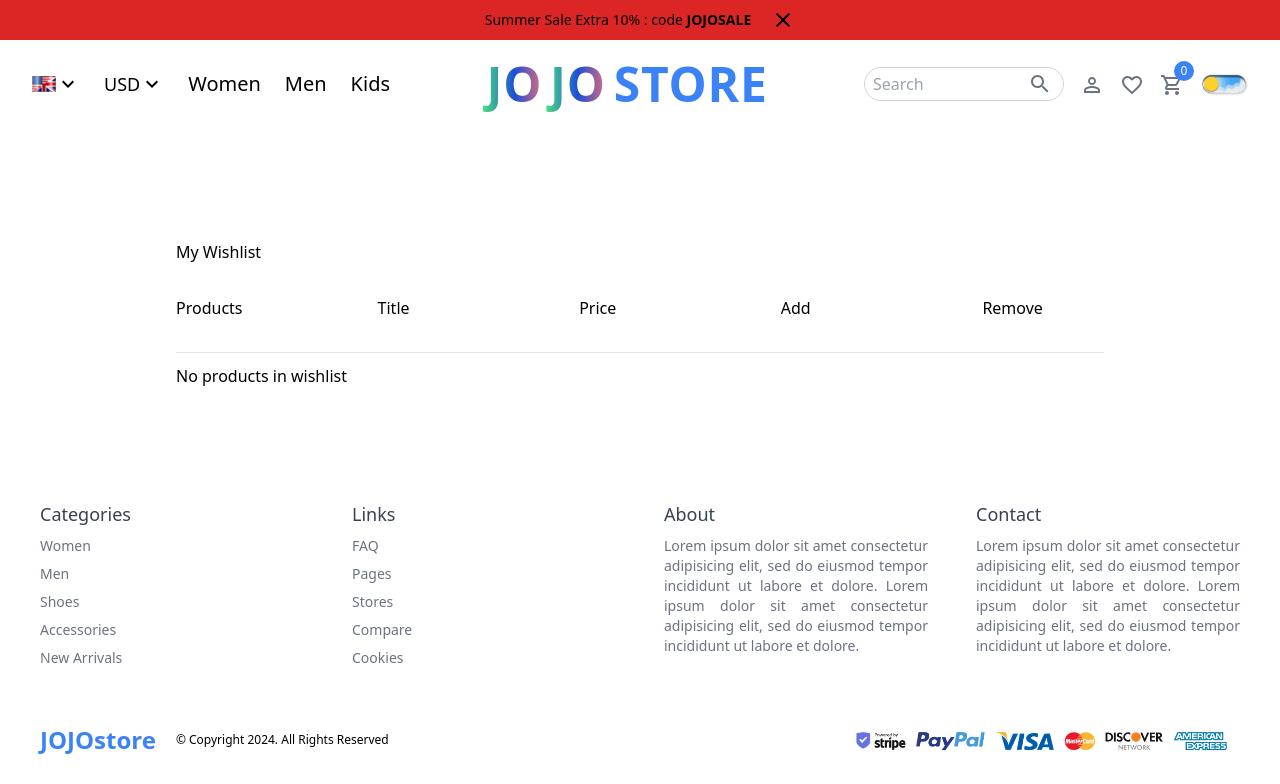
Repository: AiTrinh303/JOJO-STORE
Page: /wishlists
These files come from the project's save history. The page is drawn as it stood at one moment and after the next save; the edit follows.
The browser window is 1280 px wide. The pictures show the whole page.
The project was rebuilt for these pictures with package versions that can differ from the ones it lists, and the page was loaded fresh each time. Also part of the build but not shown: vite.config.js, src/components/Cart.jsx, src/components/Form.jsx, src/components/Slider/Slide1.jsx, src/components/Slider/Slide2.jsx, src/components/Slider/Slide3.jsx, src/components/Slider/Slider.scss, src/components/Slider/Slider.jsx and 23 more.

Above is the page before, as saved 2024-06-14 09:51:09.

### index.html
<!doctype html>
<html lang="en">
  <head>
    <meta charset="UTF-8" />
    <link rel="icon" type="image/svg+xml" href="/vite.svg" />
    <meta name="viewport" content="width=device-width, initial-scale=1.0" />
    <title>JOJO-STORE</title>
  </head>
  <body>
    <div id="root"></div>
    <script type="module" src="/src/main.jsx"></script>
  </body>
</html>

### src/main.jsx
import React from 'react'
import ReactDOM from 'react-dom/client'
import App from './App'
import './index.css'



ReactDOM.createRoot(document.getElementById('root')).render(
  <React.StrictMode>
      <App />
  </React.StrictMode>,
)

### src/App.jsx
import { useEffect } from "react";
import { createBrowserRouter, RouterProvider, Outlet } from "react-router-dom";

// Context
import ShopContextProvider from "./Context/ShopContext";
import {AuthProvider} from "./Context/AuthContext";

// Pages
import Footer from "./components/Footer";
import Header from "./components/Header/Header";
import Home from "./pages/Home";
import ShopCategory from "./pages/ShopCategory";
import Product from "./pages/Product";
import Wishlists from "./pages/Wishlists";
import Login from "./pages/Login";
import Register from "./pages/Register";
import Profile from "./pages/Profile";
import CartPage from "./pages/CartPage/CartPage";
import FilteredProductList from "./pages/FilteredProductList";
import BackToTopButton from "./components/BackToTopButton";
import SpinWheelGame from "./components/SpinWheelGame";

// Styles
import AOS from 'aos';
import 'aos/dist/aos.css';
import women_banner from './assets/banner_women.png';
import men_banner from './assets/banner_men.png';
import kids_banner from './assets/banner_kids.png';


//LAYOUT
const Layout = () => {
  return (
    <div className="app">
      <Header />
      <Outlet />
      <Footer />
      <BackToTopButton />
    </div>
  );
};

//ROUTER
const router = createBrowserRouter([
  {
    path: "/",
    element: <Layout />,
    children: [
      { path: "/", element: <Home /> },
      { path: "/women", element: <ShopCategory banner={women_banner} category="women" /> },
      { path: "/men", element: <ShopCategory banner={men_banner} category="men" /> },
      { path: "/kids", element: <ShopCategory banner={kids_banner} category="kids" /> },
      { path: "/product/:productId", element: <Product /> },
      { path: "/filtered-products", element: <FilteredProductList /> },
      { path: "/cartpage", element: <CartPage /> },
      { path: "/wishlists", element: <Wishlists /> },
      { path: "/login", element: <Login /> },
      { path: "/register", element: <Register />},
      { path: "/profile", element: <Profile />},
    ],
  },
  { path: "/spinwheelgame", element: <SpinWheelGame/>},
]);

function App() {
  useEffect(() => {
    AOS.init({
      offset: 200,
      duration: 1000,
      delay: 150,
    });
    AOS.refresh();
  }, []);

  return (

      <ShopContextProvider>
          <AuthProvider>
             <RouterProvider router={router} />
          </AuthProvider>
      </ShopContextProvider>
  );

}

export default App;

### src/index.css
@tailwind base;
@tailwind components;
@tailwind utilities;


.dark {
    background-color: black;
    color: #ffffff;

  }

.light {
    background-color: #ffffff;
    color: #000000;
  }

### src/Context/ShopContext.jsx
import { createContext, useReducer } from "react";
import all_product from '../assets/all_product';
import { shopReducer, initialState } from "./Reducer/shopReducer";

export const ShopContext = createContext(null);


const ShopContextProvider = (props) => {
    const [state, dispatch] = useReducer(shopReducer, initialState);

    const addToCart = (itemId, quantity = 1) => {
        dispatch({ type: "ADD_TO_CART", payload: { itemId, quantity } });
    };

    const removeFromCart = (itemId) => {
        dispatch({ type: "REMOVE_FROM_CART", payload: { itemId } });
    };

    const resetCart = () => {
        dispatch({ type: "RESET_CART" });
    };

    const addToWishlist = (itemId) => {
        dispatch({ type: "ADD_TO_WISHLIST", payload: { itemId } });
    };

    const removeFromWishlist = (itemId) => {
        dispatch({ type: "REMOVE_FROM_WISHLIST", payload: itemId });
    };

    const getTotalCartAmount = () => {
        let totalAmount = 0;
        for (const item in state.cartItems) {
            if (state.cartItems[item] > 0) {
                let itemInfo = all_product.find((product) => product.id === Number(item));
                if (itemInfo) {
                    totalAmount += itemInfo.new_price * state.cartItems[item];
                }
            }
        }
        return totalAmount;
    };

    const getTotalCartItems = () => {
        let totalItems = 0;
        for (const item in state.cartItems) {
            if (state.cartItems[item] > 0) {
                totalItems += state.cartItems[item];
            }
        }
        return totalItems;
    };

    const contextValue = {
        all_product,
        cartItems: state.cartItems,
        wishlist: state.wishlist,
        addToCart,
        removeFromCart,
        resetCart,
        getTotalCartAmount,
        getTotalCartItems,
        addToWishlist,
        removeFromWishlist
    };

    return (
        <ShopContext.Provider value={contextValue}>
            {props.children}
        </ShopContext.Provider>
    );
};

export default ShopContextProvider;

### src/Context/AuthContext.jsx
// //Create Authentication Logic - The AuthProvider component will be updated with login and logout functions. This function will be passed down through the AuthContext.Provider and it will be accessible globally.

// import { useContext, createContext, useState } from "react";
// import { useNavigate } from "react-router-dom";

// const AuthContext = createContext();

// const AuthProvider = ({ children }) => {
//   const [user, setUser] = useState(null);
//   const [token, setToken] = useState(localStorage.getItem("site") || "");
//   const navigate = useNavigate();
//   const loginAction = async (data) => {
//     try {
//       const response = await fetch("your-api-endpoint/auth/login", {
//         method: "POST",
//         headers: {
//           "Content-Type": "application/json",
//         },
//         body: JSON.stringify(data),
//       });
//       const res = await response.json();
//       if (res.data) {
//         setUser(res.data.user);
//         setToken(res.token);
//         localStorage.setItem("site", res.token);
//         navigate("/dashboard");
//         return;
//       }
//       throw new Error(res.message);
//     } catch (err) {
//       console.error(err);
//     }
//   };

//   const logOut = () => {
//     setUser(null);
//     setToken("");
//     localStorage.removeItem("site");
//     navigate("/login");
//   };

//   return (
//     <AuthContext.Provider value={{ token, user, loginAction, logOut }}>
//       {children}
//     </AuthContext.Provider>
//   );

// };

// export default AuthProvider;

// export const useAuth = () => {
//   return useContext(AuthContext);
// };


import { createContext, useState } from "react";

export const AuthContext = createContext();

export const AuthProvider = ({ children }) => {
  const [user, setUser] = useState(null);

  const login = (userData) => {
    setUser(userData);
  };

  const logout = () => {
    setUser(null);
  };

  return (
    <AuthContext.Provider value={{ user, setUser, login, logout }}>
      {children}
    </AuthContext.Provider>
  );
};

### src/components/Footer.jsx
import React from "react";

const Footer = () => {
  return (
    <div className="footer mx-10 my-5">
      <div className="top flex gap-12">
        <div className="item flex-1 flex flex-col gap-2 text-justify text-sm">
          <h1 className="text-lg font-medium text-gray-700">Categories</h1>
          <span className="text-gray-500">Women</span>
          <span className="text-gray-500">Men</span>
          <span className="text-gray-500">Shoes</span>
          <span className="text-gray-500">Accessories</span>
          <span className="text-gray-500">New Arrivals</span>
        </div>
        <div className="item flex-1 flex flex-col gap-2 text-justify text-sm">
          <h1 className="text-lg font-medium text-gray-700">Links</h1>
          <span className="text-gray-500">FAQ</span>
          <span className="text-gray-500">Pages</span>
          <span className="text-gray-500">Stores</span>
          <span className="text-gray-500">Compare</span>
          <span className="text-gray-500">Cookies</span>
        </div>
        <div className="item flex-1 flex flex-col gap-2 text-justify text-sm">
          <h1 className="text-lg font-medium text-gray-700">About</h1>
          <span className="text-gray-500">
            Lorem ipsum dolor sit amet consectetur adipisicing elit, sed do
            eiusmod tempor incididunt ut labore et dolore. Lorem ipsum dolor sit
            amet consectetur adipisicing elit, sed do eiusmod tempor incididunt
            ut labore et dolore.
          </span>
        </div>
        <div className="item flex-1 flex flex-col gap-2 text-justify text-sm">
          <h1 className="text-lg font-medium text-gray-700">Contact</h1>
          <span className="text-gray-500">
            Lorem ipsum dolor sit amet consectetur adipisicing elit, sed do
            eiusmod tempor incididunt ut labore et dolore. Lorem ipsum dolor sit
            amet consectetur adipisicing elit, sed do eiusmod tempor incididunt
            ut labore et dolore.
          </span>
        </div>
      </div>
      <div className="bottom flex items-center justify-between mt-12">
        <div className="left flex items-center">
          <span className="logo text-blue-500 font-bold text-2xl">JOJOstore</span>
          <span className="copyright ml-5 text-xs text-black-500">
            © Copyright 2024. All Rights Reserved
          </span>
        </div>
        <div className="right">
          <img src="src/assets/payment.png" alt="payment" className="h-12" />
        </div>
      </div>
    </div>
  );
};

export default Footer;

### src/components/Header/Header.jsx

import NavbarExtra from './NavbarExtra'
import Navbar from './Navbar'

const Header = () => {
  return (
    <div>
      <NavbarExtra />
      <Navbar />
    </div>
  )
}

export default Header

### src/pages/Wishlists.jsx
// Wishlist.jsx
import { useContext } from "react";
import { ShopContext } from "../Context/ShopContext";
import ClearIcon from '@mui/icons-material/Clear';

const Wishlists = () => {
  const { wishlist, removeFromWishlist, addToCart } = useContext(ShopContext);

  return (
    <div className="mx-44 my-28">
      <h1>My Wishlist</h1>
      <div className="flex justify-start my-8 font-medium gap-20">
                <p className="flex-1">Products</p>
                <p className="flex-1">Title</p>
                <p className="flex-1">Price</p>
                <p className="flex-1">Add</p>
                <p className="flex-1">Remove</p>
      </div>

      <hr className="h-1"/>

      {wishlist.length === 0 ? (
        <p className="my-2">No products in wishlist</p>
      ) : (
        console.log(wishlist),
        wishlist.map((product) => (
          <div className="flex flex justify-start" key={product.id}>

              <div className="flex justify-start text-lg gap-5">
                <img className="h-16 mr-64 object-cover w-16 overflow-hidden" src={product.image} alt={product.title}/>
                <p className="mr-64">{product.title}</p>
                <p>${product.new_price.toFixed(2)}</p>
                <div className='flex-1' onClick={() => removeFromWishlist(product.id)}>
                    <ClearIcon />
                </div>
                <div className="flex-1" onClick = {()=> addToCart(product.id)}>Add</div>
              </div>

          </div>
        ))
      )}
    </div>
  );
};

export default Wishlists;

### src/Context/Reducer/shopReducer.jsx

// import all_product from "../../assets/all_product";

// const getDefaultValue = () => {
//     let cart = {};
//     for (let index = 0; index < all_product.length; index++) {
//         cart[index] = 0;
//     }
//     return cart;
// };

// export const initialState = {
//     cartItems: getDefaultValue(),
//     wishlist: []
// };

// export const shopReducer = (state, action) => {
//     switch (action.type) {
//         case "ADD_TO_CART":
//             return {
//                 ...state,
//                 cartItems: {
//                     ...state.cartItems,
//                     [action.payload.itemId]: (state.cartItems[action.payload.itemId] || 0) + action.payload.quantity
//                 }
//             };
//         case "REMOVE_FROM_CART":
//             return {
//                 ...state,
//                 cartItems: {
//                     ...state.cartItems,
//                     [action.payload.itemId]: state.cartItems[action.payload.itemId] - 1
//                 }
//             };
//         case "RESET_CART":
//             return {
//                 ...state,
//                 cartItems: getDefaultValue()
//             };
//         case "ADD_TO_WIS                    [action.payload.itemId]: (state.cartItems[action.payload.itemId] || 0) + action.payload.quantity
//                 }
//             };
//         case "REMOVE_FROM_CART":
//             return {
//                 ...state,
//                 cartItems: {
//                     ...state.cartItems,
//                     [action.payload.itemId]: state.cartItems[action.payload.itemId] - 1
//                 }
//             };
//         case "RESET_CART":
//             return {
//                 ...state,
//                 cartItems: getDefaultValue()
//             };
//         case "ADD_TO_WISHLIST":
//             return {
//                 ...state,
//                 wishlist: [...state.wishlist, action.payload.itemId]
//             };
//         case "REMOVE_FROM_WISHLIST":
//             const newWishlist = [...state.wishlist];
//             newWishlist.splice(newWishlist.indexOf(action.payload.itemId), 1)}
//             return {
//                 ...state,
//                 wishlist: newWishlist};

//         default:
//             return state;
//     }
// };

// const saleCode = [{sale: 'SUMMER', discount: 0.1}, {sale: 'WINTER', discount: 0.2}, {sale: 'SPRING', discount: 0.15}];
import all_product from "../../assets/all_product";

const getDefaultValue = () => {
    let cart = {};
    for (let index = 0; index < all_product.length; index++) {
        cart[index] = 0;
    }
    return cart;
};

export const initialState = {
    cartItems: getDefaultValue(),
    wishlist: []
};

export const shopReducer = (state, action) => {
    switch (action.type) {
        case "ADD_TO_CART":
            return {
                ...state,
                cartItems: {
                    ...state.cartItems,
                    [action.payload.itemId]: (state.cartItems[action.payload.itemId] || 0) + action.payload.quantity
                }
            };
        case "REMOVE_FROM_CART":
            return {
                ...state,
                cartItems: {
                    ...state.cartItems,
                    [action.payload.itemId]: Math.max(0, state.cartItems[action.payload.itemId] - 1)
                }
            };
        case "RESET_CART":
            return {
                ...state,
                cartItems: getDefaultValue()
            };
        case "ADD_TO_WISHLIST":
            if (!state.wishlist.includes(action.payload.itemId)) {
                return {
                    ...state,
                    wishlist: [...state.wishlist, action.payload.itemId]
                };
            }
            return state;
        case "REMOVE_FROM_WISHLIST":
                return {
                    ...state,
                    wishlist: state.wishlist.filter((item) => item.itemId !== action.payload.itemId)
                };

        default:
            return state;
    }
};

### src/components/Header/NavbarExtra.jsx
import CloseIcon from '@mui/icons-material/Close';
import LocalShippingIcon from '@mui/icons-material/LocalShipping';
import ContactMailIcon from '@mui/icons-material/ContactMail';
import SyncAltIcon from '@mui/icons-material/SyncAlt';
import { useState } from 'react';

const NavbarExtra = () => {
  const [showSale, setShowSale] = useState(true);

  return (
    <div data-aos="fade-down" className="navbar h-12">
      {showSale ? (
        <div className="wrapper py-2 px-4 md:px-10 flex items-center justify-center items-center gap-5 bg-red-600 text-black-600 text-xs md:text-sm">
          <div>
            <p>Summer Sale Extra 10% : code <strong>JOJOSALE</strong></p>
          </div>
          <div>
            <CloseIcon onClick={() => setShowSale(false)} className="text-black-700 hover:text-black-900"/>
          </div>
        </div>
      ) : (
        <div className="wrapper py-2 px-4 md:px-10 flex flex-col md:flex-row items-center justify-between bg-gray-200 text-gray-500 text-xs md:text-sm">
          <div className="my-1 md:my-0">
            <p><ContactMailIcon className='px-1'/>Help and Contact</p>
          </div>
          <div className="my-1 md:my-0">
            <p><LocalShippingIcon className='px-1'/>Free standard delivery over €50 & free return*</p>
          </div>
          <div className="my-1 md:my-0">
            <p><SyncAltIcon className='px-1'/>100-day return policy</p>
          </div>
        </div>
      )}
    </div>
  );
};

export default NavbarExtra;

### src/components/Header/DarkMode.jsx
import LightButton from "../../assets/light-mode-button.png";
import DarkButton from "../../assets/dark-mode-button.png";
import { useEffect, useState } from "react";

const DarkMode = () => {
  const [theme, setTheme] = useState(
    localStorage.getItem("theme") ? localStorage.getItem("theme") : "light"
  );

  const element = document.documentElement; // html element

 useEffect(() => {
    if (theme === "dark") {
      element.classList.add("dark");
      localStorage.setItem("theme", "dark");
    } else {
      element.classList.remove("dark");
      localStorage.setItem("theme", "light");
    }
  }, [theme]);

  return (
    <div className="relative">
      <img
        src={LightButton}
        alt=""
        onClick={() => setTheme(theme === "light" ? "dark" : "light")}
        className={`w-12 cursor-pointer drop-shadow-[1px_1px_1px_rgba(0,0,0,0.1)] transition-all duration-300 absolute right-0 z-10 ${
          theme === "dark" ? "opacity-0" : "opacity-100"
        } `}
      />
      <img
        src={DarkButton}
        alt=""
        onClick={() => setTheme(theme === "light" ? "dark" : "light")}
        className="w-12 cursor-pointer drop-shadow-[1px_1px_1px_rgba(0,0,0,0.1)] transition-all duration-300"
      />
    </div>
  );
};

export default DarkMode;

Loaded but not shown: tailwind.config.js (common file); src/assets/all_product.js (906 lines, source omitted); src/components/Header/Navbar.jsx (125 lines, source omitted)

After the next save:
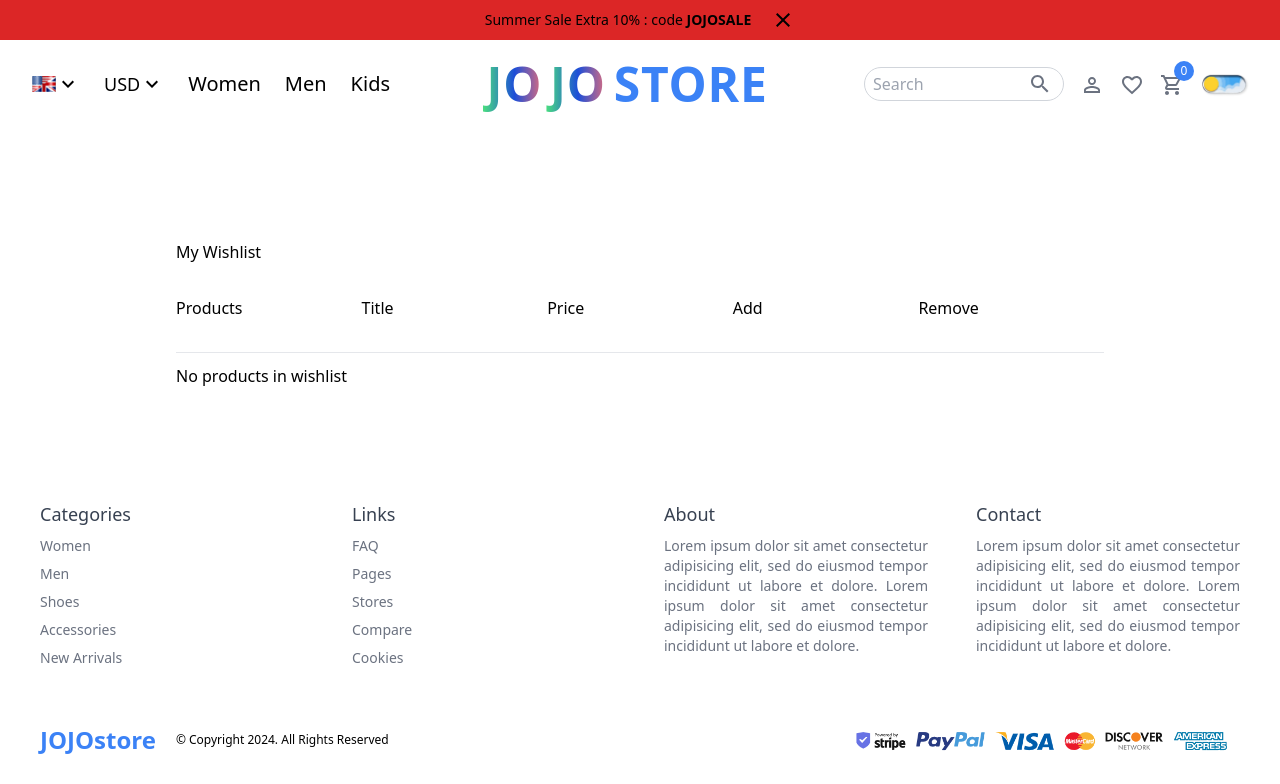
Saved 10 s later.
--- a/src/pages/Wishlists.jsx
+++ b/src/pages/Wishlists.jsx
@@ -9,7 +9,7 @@ const Wishlists = () => {
   return (
     <div className="mx-44 my-28">
       <h1>My Wishlist</h1>
-      <div className="flex justify-start my-8 font-medium gap-20">
+      <div className="flex justify-start my-8 font-medium">
                 <p className="flex-1">Products</p>
                 <p className="flex-1">Title</p>
                 <p className="flex-1">Price</p>
